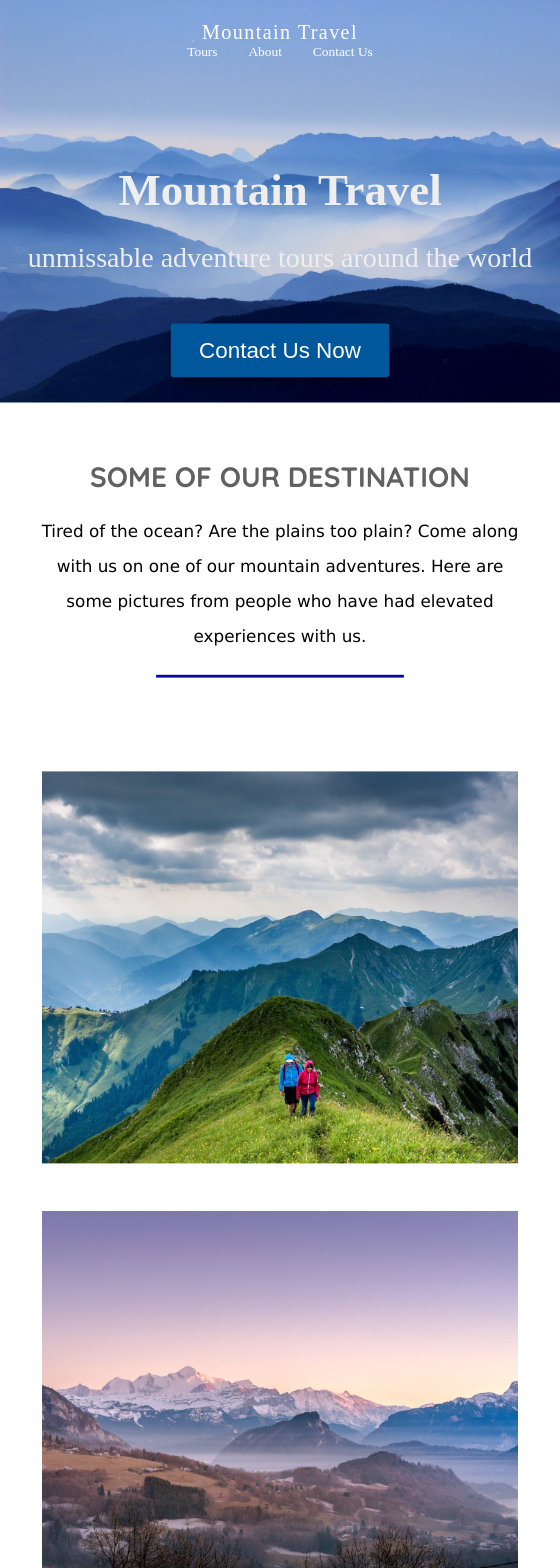
Repository: Einsteiniumeinsteinian/Advanced-CSS
Page: css-project-starter-code/index.html
An editor plug-in stored every save of this project. The page is shown before and after a run of saves, followed by the edit.
The browser window is 768 px wide. The page is 800 px wide, so the pictures cover 800 px, including what lies to the right of the window. The pictures show the part of the page from y = 0 to 2240 px (the page is 9086 px tall before and 9186 px after), at 70% of full size.
Some web libraries are served in a nearby version.

Above is the page before, as saved 2021-09-02 14:31:19.

After the next 3 saves:
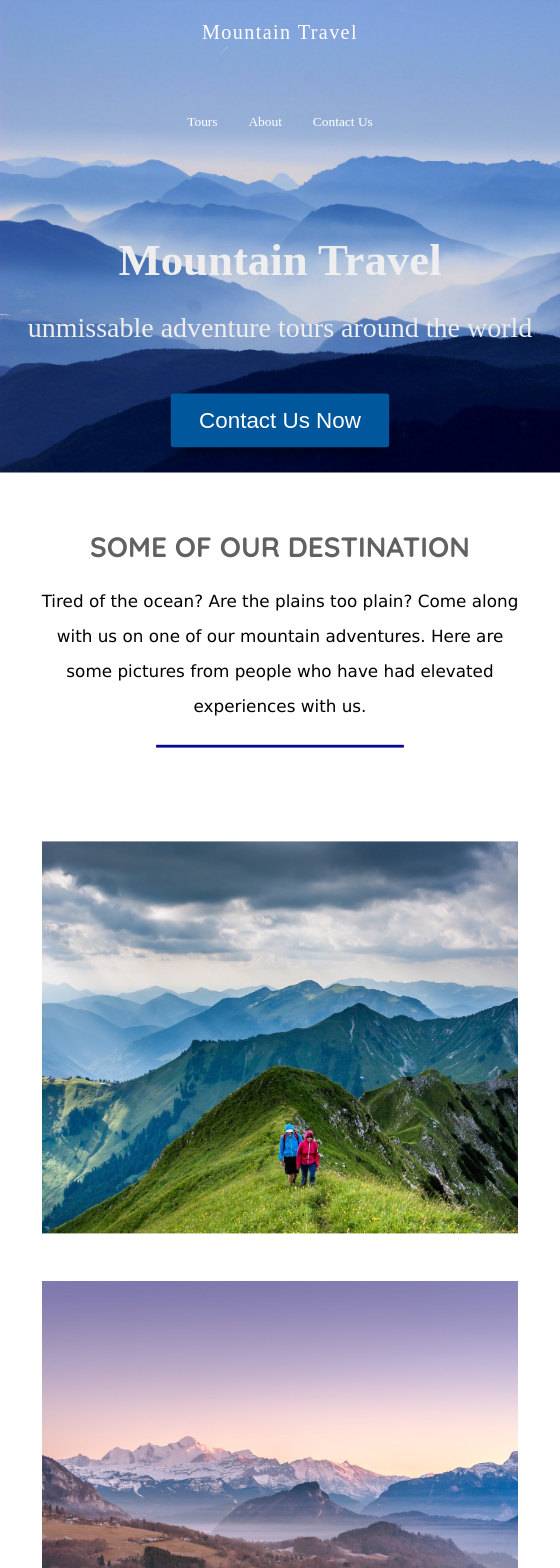
The 3 saves are shown as one change because they came seconds apart.
The last was saved 10 s later.
--- a/css-project-starter-code/assets/css/styles.css
+++ b/css-project-starter-code/assets/css/styles.css
@@ -56,7 +56,7 @@
     }
 
     nav > a{
-        mas
+        margin-bottom: 100px;
     }
 
 }
